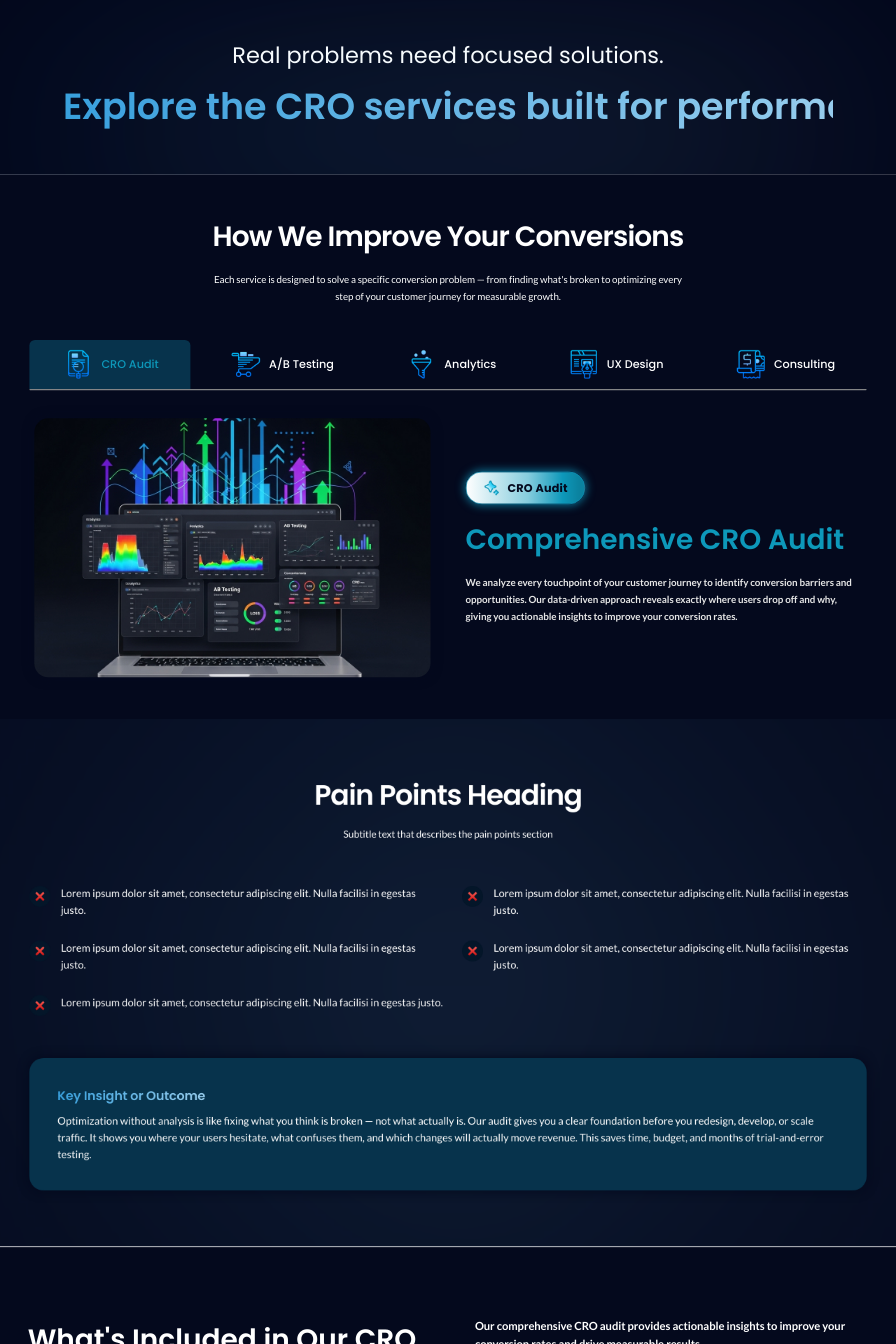
Repository: YahyaK01/kinseb
Page: /services
These files come from the project's save history. The page is drawn as it stood at one moment and after a run of saves; the edit follows.
The browser window is 1280 px wide. The pictures show the part of the page from y = 952 to 2872 px (the page is 5202 px tall), at 70% of full size.
The project was rebuilt for these pictures with package versions that can differ from the ones it lists, and the page was loaded fresh each time. Also part of the build but not shown: src/components/FAQ.js, src/components/CTA.jsx, src/components/MetricsSection.jsx, src/components/WhyCROMatter.jsx, src/components/Processsection.jsx, src/components/Hero.jsx, src/components/CEO.jsx, src/components/Roicalculator.jsx and 13 more.

Above is the page before, as saved 2025-12-05 22:43:56.

### public/index.html
<!DOCTYPE html>
<html lang="en">
  <head>
    <meta charset="utf-8" />
    <link rel="icon" href="/images/website-logo.png" />
    <meta name="viewport" content="width=device-width, initial-scale=1" />
    <meta name="theme-color" content="#000000" />
    <meta
      name="description"
      content="Kinseb CRO - Your trusted partner for Conversion Rate Optimization. We specialize in data-driven CRO strategies, A/B testing, user experience optimization, and conversion funnel analysis to maximize your website's performance and ROI."
    />
    <meta name="keywords" content="conversion rate optimization, CRO services, A/B testing, conversion funnel optimization, user experience optimization, website optimization, Kinseb CRO, landing page optimization, conversion strategy, increase conversions" />
    <meta name="author" content="Kinseb CRO" />
    <meta property="og:title" content="Kinseb CRO - Conversion Rate Optimization Experts" />
    <meta property="og:description" content="Your trusted partner for data-driven Conversion Rate Optimization. We help businesses maximize their website conversions through strategic testing and optimization." />
    <meta property="og:image" content="/images/website-logo.png" />
    <meta property="og:type" content="website" />
    <meta name="twitter:card" content="summary_large_image" />
    <meta name="twitter:title" content="Kinseb CRO - Conversion Rate Optimization Experts" />
    <meta name="twitter:description" content="Your trusted partner for data-driven Conversion Rate Optimization. Turn more visitors into customers with strategic testing and optimization." />
    <meta name="twitter:image" content="/images/logo.png" />
    <link rel="apple-touch-icon" href="/images/logo.png" />

    <!-- Preconnect to Google Fonts (speeds up font loading) -->
    <link rel="preconnect" href="https://fonts.googleapis.com">
    <link rel="preconnect" href="https://fonts.gstatic.com" crossorigin>

    <!-- Async load fonts (non-blocking - won't delay page render) -->
    <link rel="preload" as="style" href="https://fonts.googleapis.com/css2?family=Poppins:wght@300;400;500;600;700&display=swap" onload="this.onload=null;this.rel='stylesheet'">
    <link rel="preload" as="style" href="https://fonts.googleapis.com/css2?family=Lato:wght@100;300;400;700;900&display=swap" onload="this.onload=null;this.rel='stylesheet'">

    <!-- Fallback for browsers without JavaScript -->
    <noscript>
      <link rel="stylesheet" href="https://fonts.googleapis.com/css2?family=Poppins:wght@300;400;500;600;700&display=swap">
      <link rel="stylesheet" href="https://fonts.googleapis.com/css2?family=Lato:wght@100;300;400;700;900&display=swap">
    </noscript>

    <!--
      manifest.json provides metadata used when your web app is installed on a
      user's mobile device or desktop. See https://developers.google.com/web/fundamentals/web-app-manifest/
    -->
    <link rel="manifest" href="%PUBLIC_URL%/manifest.json" />
    <!--
      Notice the use of %PUBLIC_URL% in the tags above.
      It will be replaced with the URL of the `public` folder during the build.
      Only files inside the `public` folder can be referenced from the HTML.

      Unlike "/favicon.ico" or "favicon.ico", "%PUBLIC_URL%/favicon.ico" will
      work correctly both with client-side routing and a non-root public URL.
      Learn how to configure a non-root public URL by running `npm run build`.
    -->
    <title>Kinseb CRO - Conversion Rate Optimization Experts</title>
  </head>
  <body>
    <noscript>You need to enable JavaScript to run this app.</noscript>
    <div id="root"></div>
    <!--
      This HTML file is a template.
      If you open it directly in the browser, you will see an empty page.

      You can add webfonts, meta tags, or analytics to this file.
      The build step will place the bundled scripts into the <body> tag.

      To begin the development, run `npm start` or `yarn start`.
      To create a production bundle, use `npm run build` or `yarn build`.
    -->
  </body>
</html>

### src/components/ServiceTabSection.jsx
import React, { useEffect, useRef, useState } from 'react';

const ServiceTabSection = () => {
  const [isVisible, setIsVisible] = useState(false);
  const [activeTab, setActiveTab] = useState(0);
  const sectionRef = useRef(null);

  useEffect(() => {
    const observer = new IntersectionObserver(
      ([entry]) => {
        if (entry.isIntersecting && !isVisible) {
          setIsVisible(true);
        }
      },
      {
        threshold: 0.1,
        rootMargin: '0px'
      }
    );

    if (sectionRef.current) {
      observer.observe(sectionRef.current);
    }

    return () => {
      if (sectionRef.current) {
        observer.unobserve(sectionRef.current);
      }
    };
  }, [isVisible]);

  // Wrapper Style
  const wrapperStyle = {
    width: '100%',
    background: '#04091D',
    position: 'relative',
    overflow: 'hidden',
  };

  // Main Container Style
  const containerStyle = {
    display: 'flex',
    flexDirection: 'column',
    justifyContent: 'center',
    alignItems: 'center',
    padding: '60px 20px',
    gap: '50px',
        background: '#04091D',
    maxWidth: '1440px',
    margin: '0 auto',
    width: '100%',
    position: 'relative',
    isolation: 'isolate',
  };

  // Decorative Blur Ellipses
  const ellipse1Style = {
    position: 'absolute',
    width: '486px',
    height: '486px',
    left: '-213px',
    top: '-187px',
    background: 'linear-gradient(263.69deg, #FFFFFF -108.11%, #3AA1DE 98.19%)',
    filter: 'blur(400px)',
    pointerEvents: 'none',
    zIndex: 0,
  };

  const ellipse2Style = {
    position: 'absolute',
    width: '280px',
    height: '280px',
    left: '-151px',
    top: '1739px',
    background: 'linear-gradient(263.69deg, #FFFFFF -108.11%, #3AA1DE 98.19%)',
    filter: 'blur(350px)',
    pointerEvents: 'none',
    zIndex: 1,
  };

  const ellipse3Style = {
    position: 'absolute',
    width: '350px',
    height: '350px',
    left: '562px',
    top: '913px',
    background: 'linear-gradient(263.69deg, #FFFFFF -108.11%, #3AA1DE 98.19%)',
    filter: 'blur(350px)',
    pointerEvents: 'none',
    zIndex: 2,
  };

  const ellipse4Style = {
    position: 'absolute',
    width: '350px',
    height: '350px',
    left: '941px',
    top: '2277px',
    background: 'linear-gradient(263.69deg, #FFFFFF -108.11%, #3AA1DE 98.19%)',
    filter: 'blur(350px)',
    pointerEvents: 'none',
    zIndex: 3,
  };

  const ellipse5Style = {
    position: 'absolute',
    width: '267px',
    height: '267px',
    left: '139px',
    top: '2319px',
    background: 'linear-gradient(263.69deg, #FFFFFF -108.11%, #3AA1DE 98.19%)',
    filter: 'blur(275px)',
    pointerEvents: 'none',
    zIndex: 4,
  };

  // Header Section Styles
  const headerContainerStyle = {
    display: 'flex',
    flexDirection: 'column',
    alignItems: 'center',
    padding: '0px 20px',
    gap: '20px',
    width: '100%',
    maxWidth: '1440px',
    zIndex: 5,
    opacity: isVisible ? 1 : 0,
    transform: isVisible ? 'translateY(0)' : 'translateY(30px)',
    transition: 'all 0.6s cubic-bezier(0.4, 0, 0.2, 1) 0.2s',
  };

  const headerInnerStyle = {
    display: 'flex',
    flexDirection: 'column',
    justifyContent: 'center',
    alignItems: 'center',
    padding: '0px',
    isolation: 'isolate',
    width: '100%',
    maxWidth: '1236px',
  };

  const headingStyle = {
    fontFamily: "'Poppins', sans-serif",
    fontWeight: 600,
    fontSize: 'clamp(28px, 5vw, 40px)',
    lineHeight: '1.4',
    textAlign: 'center',
    letterSpacing: '-0.03em',
    textTransform: 'capitalize',
    color: '#FFFFFF',
    margin: 0,
    width: '100%',
  };

  const paragraphStyle = {
    fontFamily: "'Lato', sans-serif",
    fontWeight: 400,
    fontSize: 'clamp(13px, 2vw, 14px)',
    lineHeight: '1.8',
    textAlign: 'center',
    letterSpacing: '-0.09px',
    color: '#FFFFFF',
    margin: 0,
    maxWidth: '692px',
    width: '100%',
  };

  // Content Area Wrapper Style
  const contentAreaWrapperStyle = {
    display: 'flex',
    flexDirection: 'column',
    gap: '40px',
    width: '100%',
    zIndex: 5,
  };

  // Tabs Section Styles
  const tabsContainerStyle = {
    display: 'flex',
    flexDirection: 'column',
    justifyContent: 'center',
    alignItems: 'center',
    padding: '0px 20px',
    width: '100%',
    maxWidth: '1440px',
    margin: '0 auto',
    opacity: isVisible ? 1 : 0,
    transition: 'all 0.6s cubic-bezier(0.4, 0, 0.2, 1) 0.3s',
  };

  const tabsRowStyle = {
    display: 'flex',
    flexDirection: 'row',
    justifyContent: 'center',
    alignItems: 'flex-start',
    padding: '0px',
    gap: '10px',
    width: '100%',
    maxWidth: '1196px',
    flexWrap: 'wrap',
  };

  const tabStyle = (isActive) => ({
    display: 'flex',
    flexDirection: 'row',
    justifyContent: 'center',
    alignItems: 'center',
    padding: '10px 20px',
    gap: '8px',
    minWidth: 'fit-content',
    flex: '1 1 auto',
    height: 'auto',
    minHeight: '60px',
    borderRadius: '8px 8px 0px 0px',
    background: isActive ? '#07334C' : 'transparent',
    cursor: 'pointer',
    transition: 'all 0.3s ease',
    border: 'none',
  });

  const tabIconStyle = {
    width: 'clamp(35px, 6vw, 50px)',
    height: 'clamp(35px, 6vw, 50px)',
    flexShrink: 0,
  };

  const tabTextStyle = (isActive) => ({
    fontFamily: "'Poppins', sans-serif",
    fontWeight: 500,
    fontSize: 'clamp(13px, 2vw, 16px)',
    lineHeight: '1.5',
    color: isActive ? '#0D98BA' : '#FFFFFF',
    margin: 0,
    transition: 'all 0.3s ease',
    whiteSpace: 'nowrap',
  });

  const tabSeparatorStyle = {
    width: '100%',
    maxWidth: '1196px',
    height: '2px',
    background: '#848586',
    borderRadius: '10px',
    marginTop: '0px',
  };

  // Service Content Style
  const serviceContentStyle = {
    display: 'flex',
    flexDirection: 'column',
    justifyContent: 'center',
    alignItems: 'center',
    padding: '0px 20px',
    gap: '10px',
    width: '100%',
    maxWidth: '1440px',
    margin: '0 auto',
    zIndex: 6,
    opacity: isVisible ? 1 : 0,
    transform: isVisible ? 'translateY(0)' : 'translateY(30px)',
    transition: 'all 0.6s cubic-bezier(0.4, 0, 0.2, 1) 0.4s',
  };

  const serviceRowStyle = {
    display: 'flex',
    flexDirection: 'row',
    alignItems: 'center',
    padding: '0px',
    gap: 'clamp(30px, 5vw, 50px)',
    width: '100%',
    maxWidth: '1196px',
    flexWrap: 'wrap',
    justifyContent: 'center',
  };

  const serviceImageStyle = {
    width: '100%',
    maxWidth: '566px',
    height: 'clamp(250px, 40vw, 370px)',
    backgroundSize: 'cover',
    backgroundPosition: 'center',
    boxShadow: '0px 0px 15px #04091D',
    borderRadius: '20px',
    flex: '1 1 300px',
    order: 1, // Default order for desktop
  };

  const serviceTextContainerStyle = {
    display: 'flex',
    flexDirection: 'column',
    justifyContent: 'center',
    alignItems: 'flex-start',
    padding: '0px',
    gap: '20px',
    flex: '1 1 300px',
    minWidth: '280px',
    maxWidth: '566px',
    width: '100%',
    order: 2, // Default order for desktop
  };

  // Mobile-specific header container (Badge + Heading only)
  const mobileHeaderContainerStyle = {
    display: 'none', // Hidden on desktop
    flexDirection: 'column',
    gap: '20px',
    width: '100%',
    marginBottom: '30px',
  };

  // Mobile-specific description container
  const mobileDescriptionContainerStyle = {
    display: 'none', // Hidden on desktop
    width: '100%',
    marginTop: '30px',
  };

  const serviceBadgeStyle = {
    display: 'flex',
    flexDirection: 'row',
    justifyContent: 'center',
    alignItems: 'center',
    padding: '10px 24px',
    gap: '10px',
    background: 'linear-gradient(90deg, #FFFFFF 0%, #85CCDD 52.41%, #0D98BA 81.55%, #0B829F 95.26%)',
    border: '1px solid #0D94BB',
    boxShadow: '0px 0px 12px 2px rgba(13, 148, 187, 0.7)',
    borderRadius: '25px',
    cursor: 'default',
    width: 'fit-content',
  };

  const badgeIconStyle = {
    width: '25px',
    height: '25px',
  };

  const badgeTextStyle = {
    fontFamily: "'Poppins', sans-serif",
    fontWeight: 700,
    fontSize: 'clamp(14px, 2vw, 16px)',
    lineHeight: '1.5',
    letterSpacing: '0.02em',
    color: '#04091D',
    margin: 0,
  };

  const serviceHeadingStyle = {
    fontFamily: "'Poppins', sans-serif",
    fontWeight: 600,
    fontSize: 'clamp(24px, 5vw, 40px)',
    lineHeight: '1.5',
    textTransform: 'capitalize',
    color: '#0D98BA',
    margin: 0,
  };

  const serviceDescriptionStyle = {
    fontFamily: "'Lato', sans-serif",
    fontWeight: 600,
    fontSize: 'clamp(13px, 2vw, 14px)',
    lineHeight: '1.7',
    letterSpacing: '-0.006em',
    color: '#E6E6E6',
    margin: 0,
  };

  // Tab Data
  const tabs = [
    { icon: '/images/101.png', text: 'CRO Audit' },
    { icon: '/images/102.png', text: 'A/B Testing' },
    { icon: '/images/103.png', text: 'Analytics' },
    { icon: '/images/104.png', text: 'UX Design' },
    { icon: '/images/105.png', text: 'Consulting' },
  ];

  // Service Content Data
  const services = [
    {
      badge: 'CRO Audit',
      heading: 'Comprehensive CRO Audit',
      description: 'We analyze every touchpoint of your customer journey to identify conversion barriers and opportunities. Our data-driven approach reveals exactly where users drop off and why, giving you actionable insights to improve your conversion rates.',
      image: '/images/106.jpg',
    },
    {
      badge: 'A/B Testing',
      heading: 'Strategic A/B Testing',
      description: 'Test and validate changes before full implementation. Our systematic testing approach ensures every decision is backed by data, minimizing risk and maximizing ROI on your optimization efforts.',
      image: '/images/106.jpg',
    },
    {
      badge: 'Analytics',
      heading: 'Advanced Analytics',
      description: 'Deep dive into your data to uncover hidden patterns and opportunities. Our analytics expertise helps you understand user behavior and make informed decisions that drive growth.',
      image: '/images/106.jpg',
    },
    {
      badge: 'UX Design',
      heading: 'User Experience Design',
      description: 'Create intuitive, conversion-focused designs that guide users seamlessly through your funnel. Our UX experts craft experiences that delight users while driving business results.',
      image: '/images/106.jpg',
    },
    {
      badge: 'Consulting',
      heading: 'CRO Consulting',
      description: 'Get expert guidance on your conversion optimization strategy. Our consultants work with your team to build sustainable optimization processes and drive long-term growth.',
      image: '/images/106.jpg',
    },
  ];

  return (
    <div ref={sectionRef} style={wrapperStyle}>
      {/* Decorative Blur Ellipses */}
      <div style={ellipse1Style}></div>
      {/* <div style={ellipse2Style}></div> */}
      {/* <div style={ellipse3Style}></div>
      <div style={ellipse4Style}></div>
      <div style={ellipse5Style}></div> */}

      <div style={containerStyle}>
        {/* Header Section */}
        <div style={headerContainerStyle}>
          <div style={headerInnerStyle}>
            <h2 style={headingStyle}>How We Improve Your Conversions</h2>
          </div>
          <p style={paragraphStyle}>
      Each service is designed to solve a specific conversion problem — from finding what's broken to optimizing every step of your customer journey for measurable growth.
          </p>
        </div>

        {/* Content Area Wrapper */}
        <div style={contentAreaWrapperStyle}>
          {/* Tabs Section */}
          <div style={tabsContainerStyle}>
            <div style={tabsRowStyle}>
              {tabs.map((tab, index) => (
                <button
                  key={index}
                  style={tabStyle(activeTab === index)}
                  onClick={() => setActiveTab(index)}
                  onMouseEnter={(e) => {
                    if (activeTab !== index) {
                      e.currentTarget.style.background = 'rgba(7, 51, 76, 0.5)';
                    }
                  }}
                  onMouseLeave={(e) => {
                    if (activeTab !== index) {
                      e.currentTarget.style.background = 'transparent';
                    }
                  }}
                >
                  <img src={tab.icon} alt={tab.text} style={tabIconStyle} />
                  <span style={tabTextStyle(activeTab === index)}>{tab.text}</span>
                </button>
              ))}
            </div>
            <div style={tabSeparatorStyle}></div>
          </div>

          {/* Service Content */}
          <div style={serviceContentStyle}>
            <style>
              {`
                @media (max-width: 768px) {
                  .mobile-header {
                    display: flex !important;
                  }
                  .desktop-text-container {
                    display: none !important;
                  }
                  .mobile-description {
                    display: block !important;
                  }
                  .service-image {
                    order: 2 !important;
                  }
                }
              `}
            </style>

            {/* Mobile Header - Badge + Heading (visible only on mobile) */}
            <div className="mobile-header" style={mobileHeaderContainerStyle}>
              <div style={serviceBadgeStyle}>
                <img src="/images/5.png" alt="badge" style={badgeIconStyle} />
                <span style={badgeTextStyle}>
                  {services[activeTab]?.badge || services[0].badge}
                </span>
              </div>
              <h3 style={serviceHeadingStyle}>
                {services[activeTab]?.heading || services[0].heading}
              </h3>
            </div>

            <div style={serviceRowStyle}>
              <div
                className="service-image"
                style={{
                  ...serviceImageStyle,
                  backgroundImage: `url(${services[activeTab]?.image || services[0].image})`,
                }}
              ></div>

              {/* Desktop Text Container (hidden on mobile) */}
              <div className="desktop-text-container" style={serviceTextContainerStyle}>
                <div style={serviceBadgeStyle}>
                  <img src="/images/5.png" alt="badge" style={badgeIconStyle} />
                  <span style={badgeTextStyle}>
                    {services[activeTab]?.badge || services[0].badge}
                  </span>
                </div>
                <h3 style={serviceHeadingStyle}>
                  {services[activeTab]?.heading || services[0].heading}
                </h3>
                <p style={serviceDescriptionStyle}>
                  {services[activeTab]?.description || services[0].description}
                </p>
              </div>
            </div>

            {/* Mobile Description (visible only on mobile, after image) */}
            <div className="mobile-description" style={mobileDescriptionContainerStyle}>
              <p style={serviceDescriptionStyle}>
                {services[activeTab]?.description || services[0].description}
              </p>
            </div>
          </div>
        </div>
      </div>
    </div>
  );
};

export default ServiceTabSection;

Loaded but not shown: src/index.js (common file); src/index.css (common file); src/reportWebVitals.js (common file); src/components/Footer.js (596 lines, source omitted); src/Pages/ServicePage.js (31 lines, source omitted); src/App.js (30 lines, source omitted); src/components/Navbar.jsx (1589 lines, source omitted); src/components/WhyCROMattersSection.jsx (695 lines, source omitted); src/components/Testimonia.jsx (507 lines, source omitted); src/components/Outcomessection.jsx (330 lines, source omitted); src/components/PainPointsSection.jsx (323 lines, source omitted); src/components/Ctasection.jsx (265 lines, source omitted); src/components/casestudieshero.jsx (294 lines, source omitted); src/components/Rallyingcallsection.jsx (188 lines, source omitted); src/components/marquee.jsx (140 lines, source omitted)

After the next 2 saves:
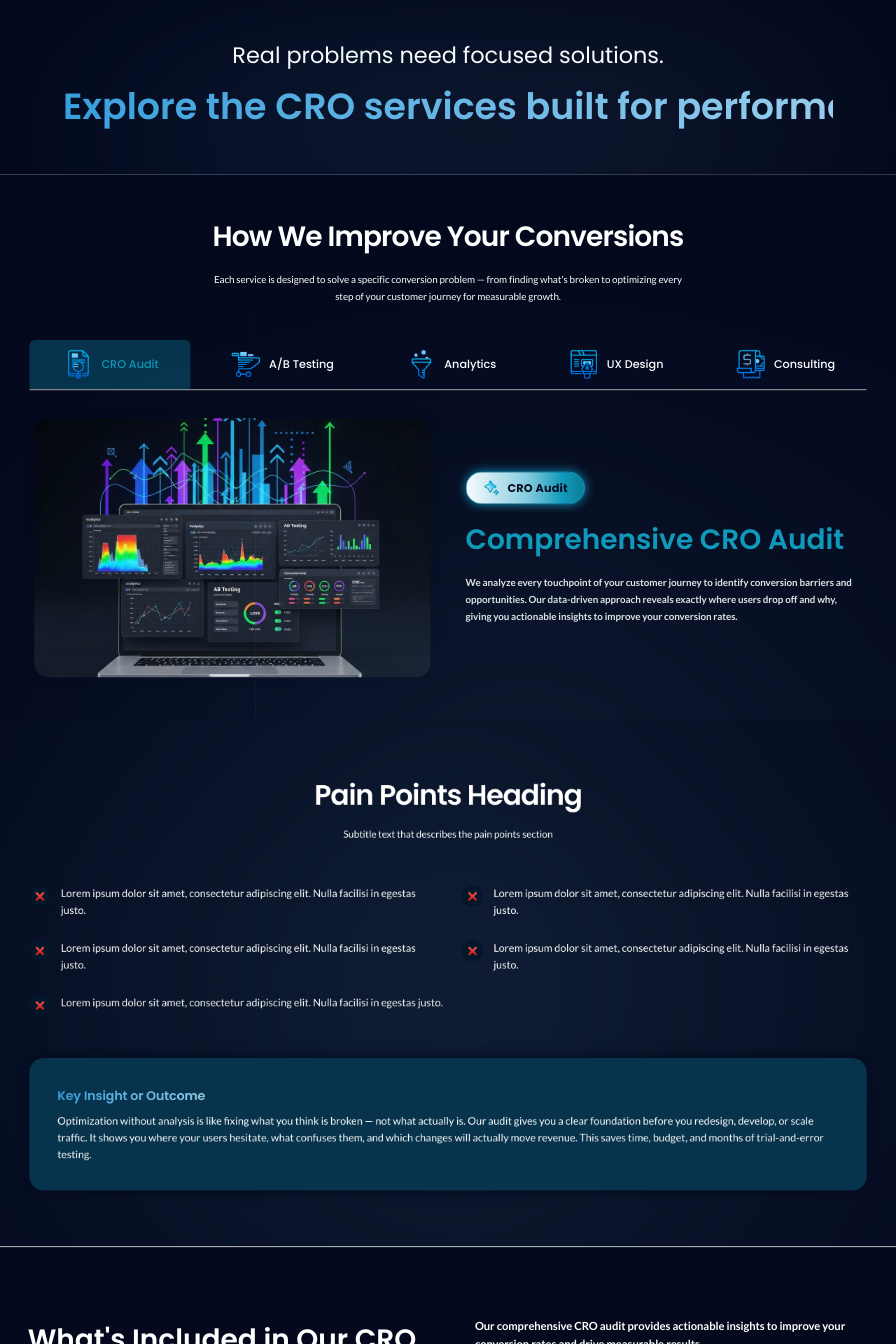
The 2 saves are shown as one change because they came seconds apart.
The last was saved 20 s later.
--- a/src/components/ServiceTabSection.jsx
+++ b/src/components/ServiceTabSection.jsx
@@ -413,10 +413,10 @@
     <div ref={sectionRef} style={wrapperStyle}>
       {/* Decorative Blur Ellipses */}
       <div style={ellipse1Style}></div>
-      {/* <div style={ellipse2Style}></div> */}
-      {/* <div style={ellipse3Style}></div>
+      <div style={ellipse2Style}></div>
+      <div style={ellipse3Style}></div>
       <div style={ellipse4Style}></div>
-      <div style={ellipse5Style}></div> */}
+      <div style={ellipse5Style}></div>
 
       <div style={containerStyle}>
         {/* Header Section */}
